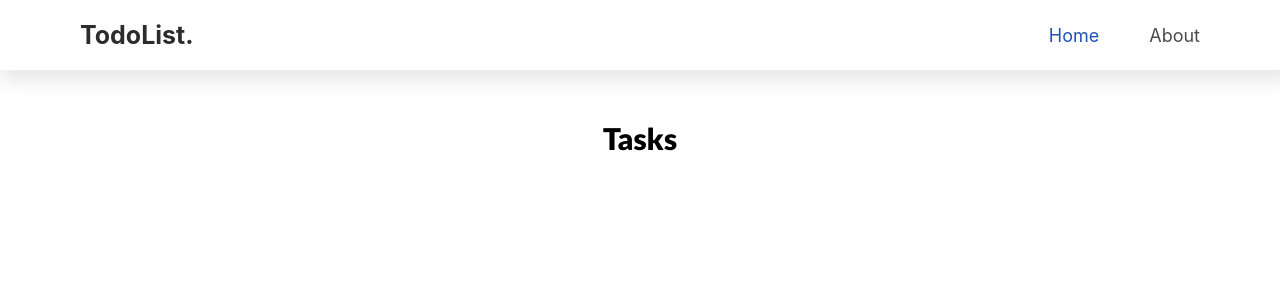
Repository: dqhuy153/react-todoList
Page: /
An editor plug-in stored every save of this project. The page is shown before and after the next save, followed by the edit.
The browser window is 1280 px wide. The pictures show the whole page.
The project was rebuilt for these pictures with package versions that can differ from the ones it lists, and the page was loaded fresh each time. Also part of the build but not shown: src/components/UI/LoadingSpinner.module.scss.

Above is the page before, as saved 2021-09-16 19:37:29.

### src/App.js
import React, { Suspense } from 'react';
import { Switch, Route } from 'react-router-dom';

import './App.css';
import Layout from './components/layout/Layout';
import LoadingSpinner from './components/UI/LoadingSpinner';

const Home = React.lazy(() => import('./components/pages/Home'));
const About = React.lazy(() => import('./components/pages/About'));

function App() {
  return (
    <Layout>
      <Suspense
        fallback={
          <div className="centered">
            <LoadingSpinner />
          </div>
        }
      >
        <Switch>
          <Route path="/" exact>
            <Home />
          </Route>
          <Route path="/about">
            <About />
          </Route>
          {/* <Route path="/products" exact>
          <Products />
        </Route>
        <Route path="/products/:productId">
          <ProductDetail />
        </Route> */}
        </Switch>
      </Suspense>
    </Layout>
  );
}

export default App;

### src/App.css
@import url('https://fonts.googleapis.com/css2?family=Lato:ital,wght@0,100;0,300;0,400;0,700;0,900;1,100;1,300;1,400;1,700;1,900&display=swap');

* {
  box-sizing: border-box;
  font-size: 62.5%;
  padding: 0;
  margin: 0;
}

.centered {
  margin: 3rem auto;
  text-align: center;
  display: flex;
  justify-content: center;
  align-items: center;
}

### src/components/layout/Layout.js
import React, { Fragment } from 'react';
import AppNavigation from './AppNavigation';

import styles from './Layout.module.scss';

export default function Layout(props) {
  return (
    <Fragment>
      <AppNavigation logoTitle="TodoList." />
      <main className={styles.main}>{props.children}</main>
    </Fragment>
  );
}

### src/components/UI/LoadingSpinner.js
import styles from './LoadingSpinner.module.scss';

const LoadingSpinner = () => {
  return <div className={styles.spinner}></div>;
};

export default LoadingSpinner;

### src/components/pages/Home.js
import React from 'react';

import styles from './Home.module.scss';

export default function Home(props) {
  return (
    <div className={styles.container}>
      <h1>Tasks</h1>
    </div>
  );
}

### src/components/layout/AppNavigation.js
import React from 'react';
import { NavLink } from 'react-router-dom';

import styles from './AppNavigation.module.scss';

export default function AppNavigation({ logoTitle = 'Demo.', ...props }) {
  return (
    <header className={styles.header}>
      <div className={styles.logo}>{logoTitle}</div>
      <nav>
        <ul>
          <li>
            <NavLink to="/" exact activeClassName={styles.active}>
              Home
            </NavLink>
          </li>
          <li>
            <NavLink to="/about" activeClassName={styles.active}>
              About
            </NavLink>
          </li>
        </ul>
      </nav>
    </header>
  );
}

### src/components/pages/Home.module.scss
.container {
  padding: 5rem 0;
  h1 {
    text-align: center;
    font-family: 'Lato', sans-serif;
    font-weight: 800;
    font-size: 3rem;
  }
}

### src/components/layout/AppNavigation.module.scss
.header {
  width: 100%;
  height: 7rem;
  display: flex;
  align-items: center;
  justify-content: space-between;
  background-color: #ffffff;
  padding: 0 8rem;
  box-shadow: 5px 5px 20px 5px rgba(0, 0, 0, 0.1);
}

.logo {
  font-size: 2.5rem;
  color: rgb(44, 44, 44);
  font-weight: bold;
}

.header ul {
  list-style: none;
  margin: 0;
  padding: 0;
  display: flex;
  align-items: baseline;
}

.header li {
  margin-left: 5rem;
}

.header a {
  text-decoration: none;
  font-size: 1.8rem;
  color: #4b4b4b;
}

.header a:hover,
.header a:active,
.header a.active {
  color: rgb(28, 83, 184);
}

Loaded but not shown: public/index.html (common file); src/index.js (common file); src/index.css (common file); src/reportWebVitals.js (common file); src/components/layout/Layout.module.scss (no stored copy; drawn as an empty file)

After the next save:
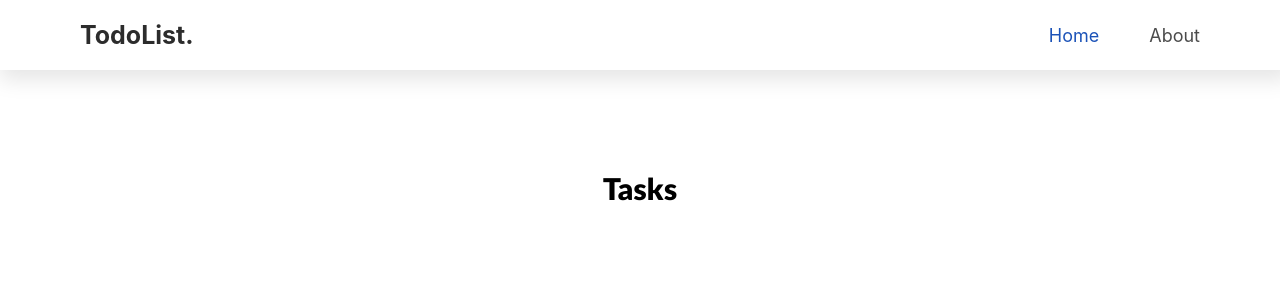
Saved 7 s later.
--- a/src/components/pages/Home.module.scss
+++ b/src/components/pages/Home.module.scss
@@ -1,5 +1,5 @@
 .container {
-  padding: 5rem 0;
+  padding: 10rem 0;
   h1 {
     text-align: center;
     font-family: 'Lato', sans-serif;
